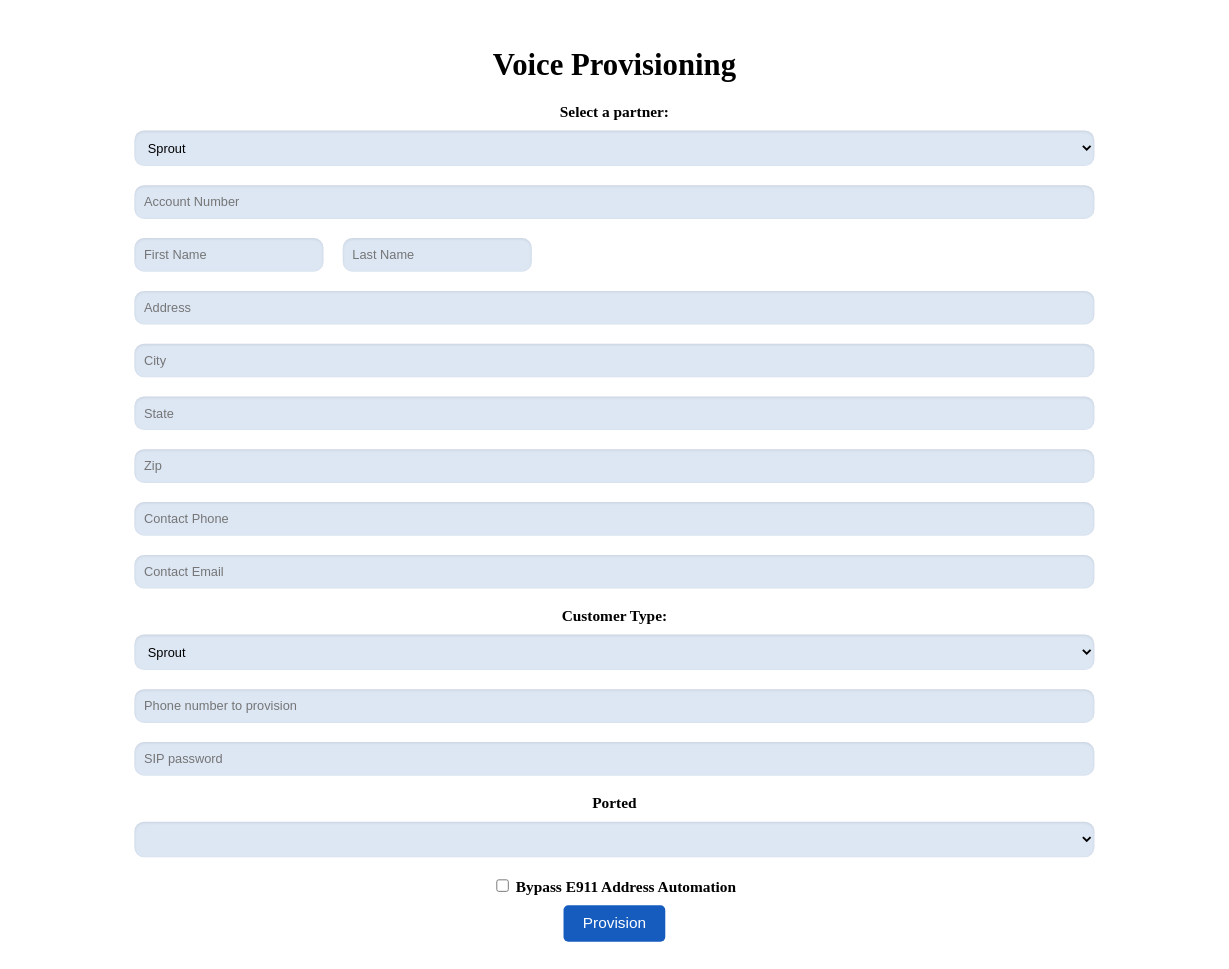
Repository: smallchungus/logiccom
Page: /
An editor plug-in stored every save of this project. The page is shown before and after the next save, followed by the edit.
The browser window is 1280 px wide. The pictures show the whole page, at 96% of full size.
The project was rebuilt for these pictures with package versions that can differ from the ones it lists, and the page was loaded fresh each time. Also part of the build but not shown: vite.config.ts.

Above is the page before, as saved 2023-05-04 12:07:16.

### src/App.vue
<style src="./styles.css"></style>


<template>


<form>
  <header>
    <h1>Voice Provisioning</h1>
  </header>
      <div class="form-group">
        <label for="partner">Select a partner:</label>
        <select id="partner" name="partner">
          <option value="Sprout">Sprout</option>
          <option value="option2">Option 2</option>
        </select>
      </div>

      <div class="form-group">
        <input type="text" id="accountNum" name="accountNum" placeholder="Account Number">
      </div>

    <div class="form-row">
      <div class="form-group">
        <input type="text" id="firstName" name="firstName" placeholder="First Name" class="inline">
      </div>

      <div class="form-group">
        <input type="text" id="lastName" name="lastName" placeholder="Last Name" class="inline">
      </div>
    </div>


      <div class="form-group">
        <input type="text" id="address" name="address" placeholder="Address">
      </div>

      <div class="form-group">
        <input type="text" id="city" name="city" placeholder="City">
      </div>

      <div class="form-group">
        <input type="text" id="state" name="state" placeholder="State">
      </div>

      <div class="form-group">
        <input type="text" id="zip" name="zip" placeholder="Zip">
      </div>

      <div class="form-group">
        <input type="text" id="contactPhone" name="contactPhone" placeholder="Contact Phone">
      </div>

      <div class="form-group">
        <input type="text" id="contactEmail" name="contactEmail" placeholder="Contact Email">
      </div>

      <div class="form-group">
        <label for="customerType">Customer Type:</label>
        <select id="customerType" name="customerType">
          <option value="Sprout">Sprout</option>
          <option value="option2">Option 2</option>
        </select>
      </div>

      <div class="form-group">
        <input type="text" id="phoneToProv" name="phoneToProv" placeholder="Phone number to provision">
      </div>

      <div class="form-group">
        <input type="password" id="sipPassword" name="sipPassword" placeholder="SIP password">
      </div>


    <label for="ported">Ported</label>
    <select id="ported" name="ported">
      <option value=""></option>
      <option value="option2">Option 2</option>
    </select>

    <label>
      <input type="checkbox" >
      Bypass E911 Address Automation
    </label>

    <button type="submit">Provision</button>
  </form>
</template>

### src/styles.css
header {
    text-align: center;
    margin: 0 auto;
  }

  body {
    text-align: center;
  }

  form {
    /* background-color: #f7f7f7; */
    border-radius: 5px;
    padding: 20px;
    margin: 0 auto;
    max-width: 1000px;
  }

  .form-row {
    display: flex;
    flex-wrap: wrap;
  }

  .form-row .form-group {
    /* width: calc(50% - 10px); */
    margin-right: 20px;
  }

  /* .form-row .form-group:last-child {
    margin-right: 0;
  } */

  label {
    display: block;
    font-weight: bold;
    margin-bottom: 10px;
  }

  input[type="text"],
  input[type="password"],
  select {
    box-sizing: border-box; /* add this line */
    background-color: #dde7f4;
    width: 100%;
    padding: 10px;
    border: none;
    border-radius: 10px;
    margin-bottom: 20px;
    box-shadow: inset 0px 1px 3px rgba(0, 0, 0, 0.1);
  }

  input[type="text"].inline {
    display: inline-block;
    /* width: calc(50% - 10px); */
    margin-right: 20px;
  }

  input[type="text"].inline:last-child {
    margin-right: 0;
  }

  button[type="submit"] {
    background-color: #165cbe;
    color: #fff;
    border: none;
    border-radius: 5px;
    padding: 10px 20px;
    font-size: 16px;
    cursor: pointer;
  }

  @media (min-width: 1024px) {
    header {
      display: flex;
      justify-content: center;
      align-items: center;
    }
  }

Loaded but not shown: index.html (common file); src/main.ts (common file)

After the next save:
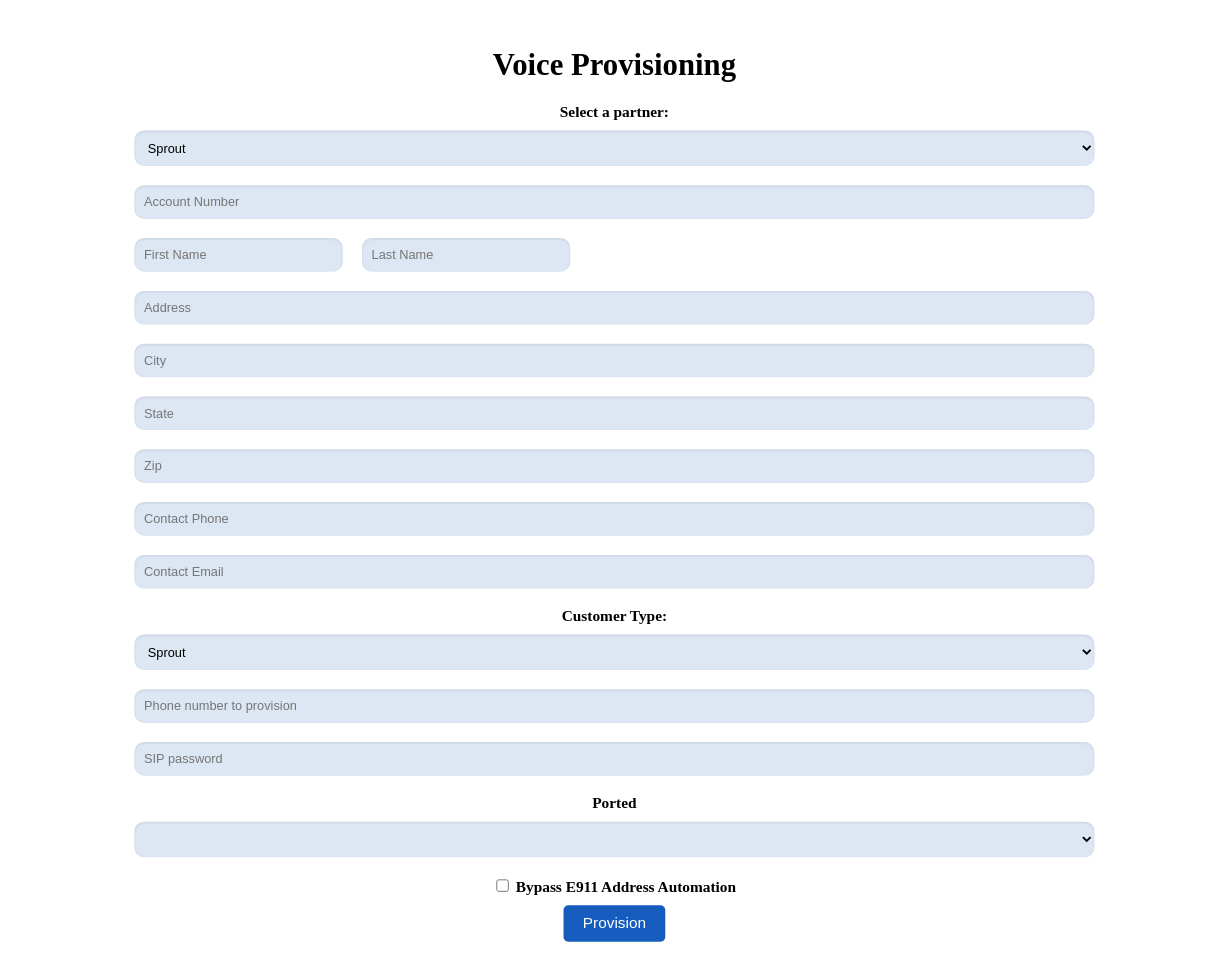
Saved 12 s later.
--- a/src/styles.css
+++ b/src/styles.css
@@ -54,9 +54,9 @@ header {
     margin-right: 20px;
   }
 
-  input[type="text"].inline:last-child {
+  /* input[type="text"].inline:last-child {
     margin-right: 0;
-  }
+  } */
 
   button[type="submit"] {
     background-color: #165cbe;
